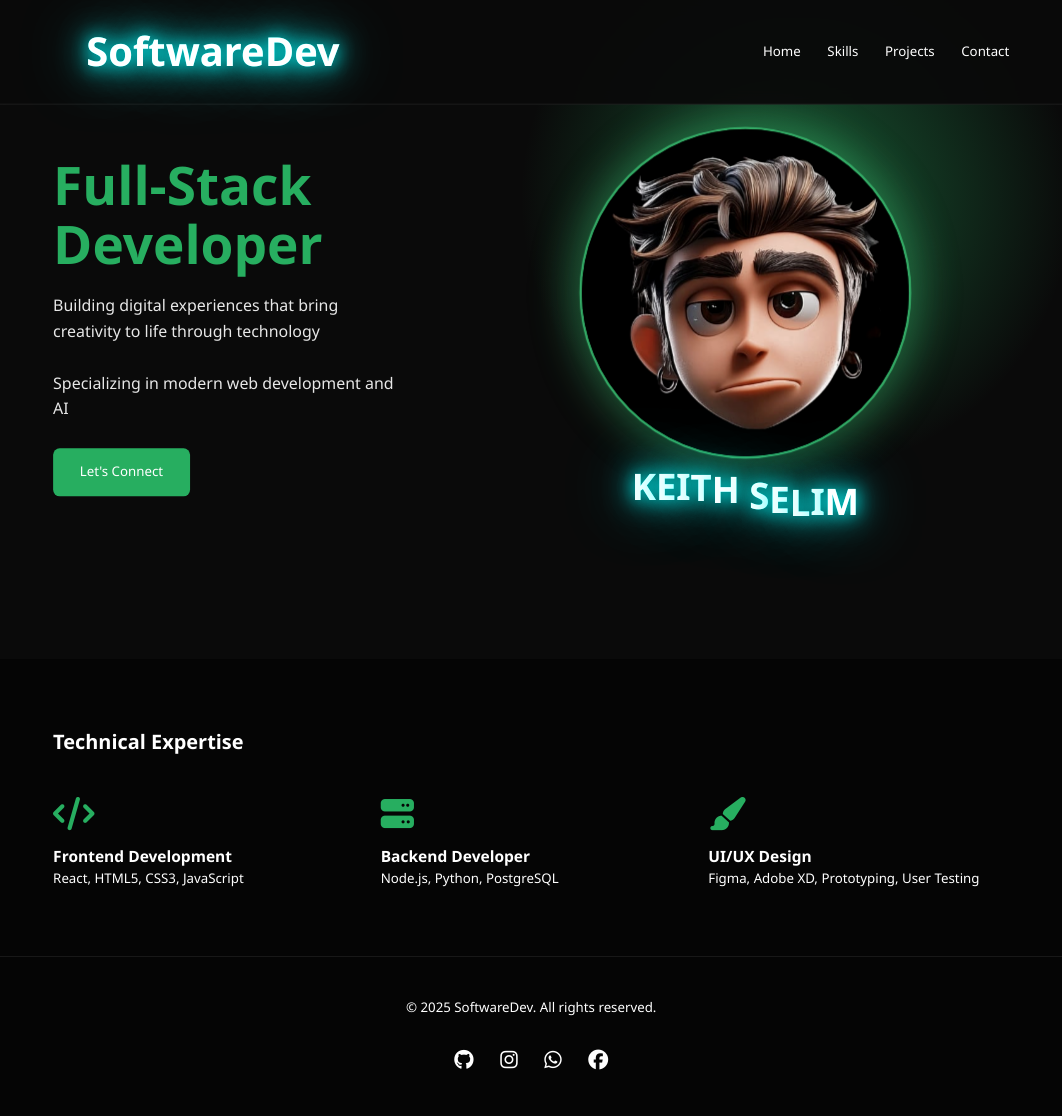
Repository: PEEZYBEE/my-react-portfolio
Page: /
These files come from the project's save history. The page is drawn as it stood at one moment and after the next save; the edit follows.
The browser window is 1280 px wide. The pictures show the whole page, at 83% of full size.
The project was rebuilt for these pictures with package versions that can differ from the ones it lists, and the page was loaded fresh each time. Also part of the build but not shown: vite.config.js.

Above is the page before, as saved 2025-04-21 01:54:24.

After the next save:
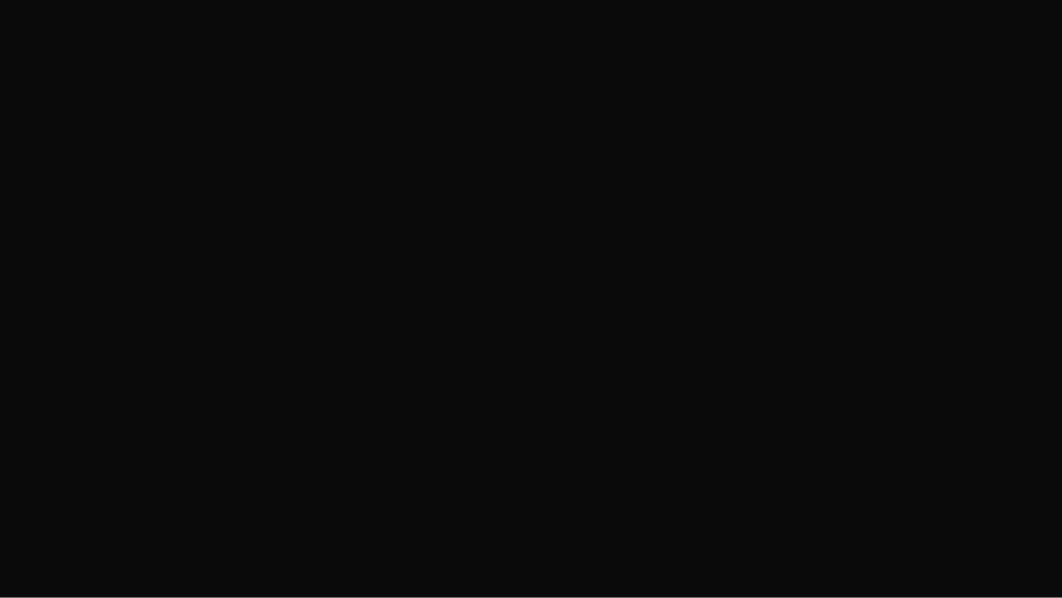
Console error: ReferenceError: NameBanner is not defined
Saved 103 s later.
--- a/src/App.jsx
+++ b/src/App.jsx
@@ -1,7 +1,7 @@
 import React from "react";
 import Navbar from './components/Navbar';
 import Hero from './components/Hero';
-import NameBanner from './components/NameBanner';
+
 import Skills from './components/Skills';
 import Footer from './components/Footer';
 import './style.css';

After the save that followed:
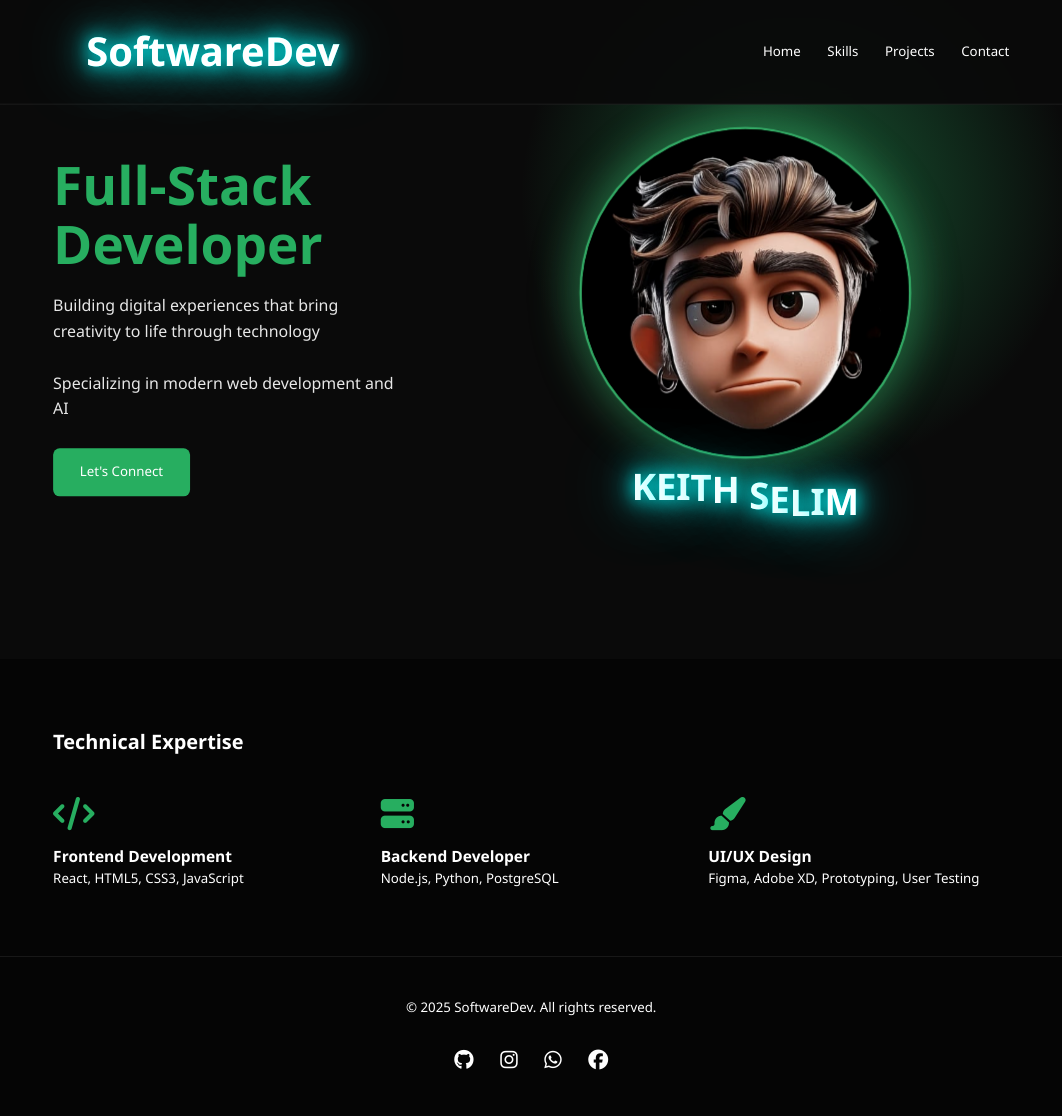
The error is gone.
Saved 27 s later.
--- a/src/App.jsx
+++ b/src/App.jsx
@@ -1,7 +1,7 @@
 import React from "react";
 import Navbar from './components/Navbar';
 import Hero from './components/Hero';
-
+import NameBanner from './components/NameBanner';
 import Skills from './components/Skills';
 import Footer from './components/Footer';
 import './style.css';
